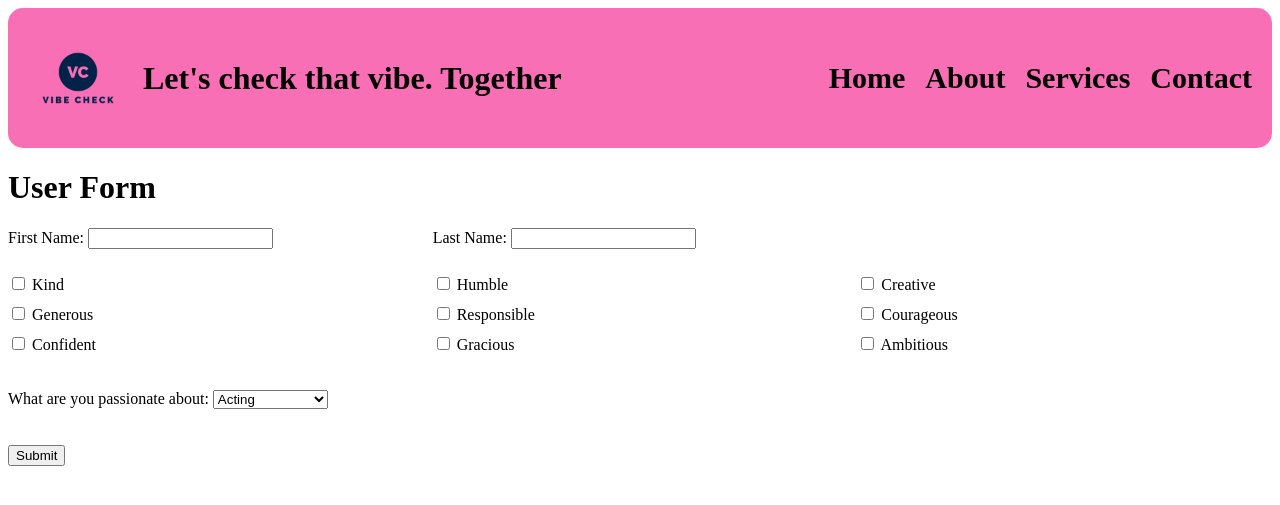
Repository: Chadloswald/Dis-Service
Page: docs/index.html
These files come from the project's save history. The page is drawn as it stood at one moment and after the next save; the edit follows.
The browser window is 1280 px wide. The pictures show the whole page.

Above is the page before, as saved 2023-05-02 10:21:56.

After the next save:
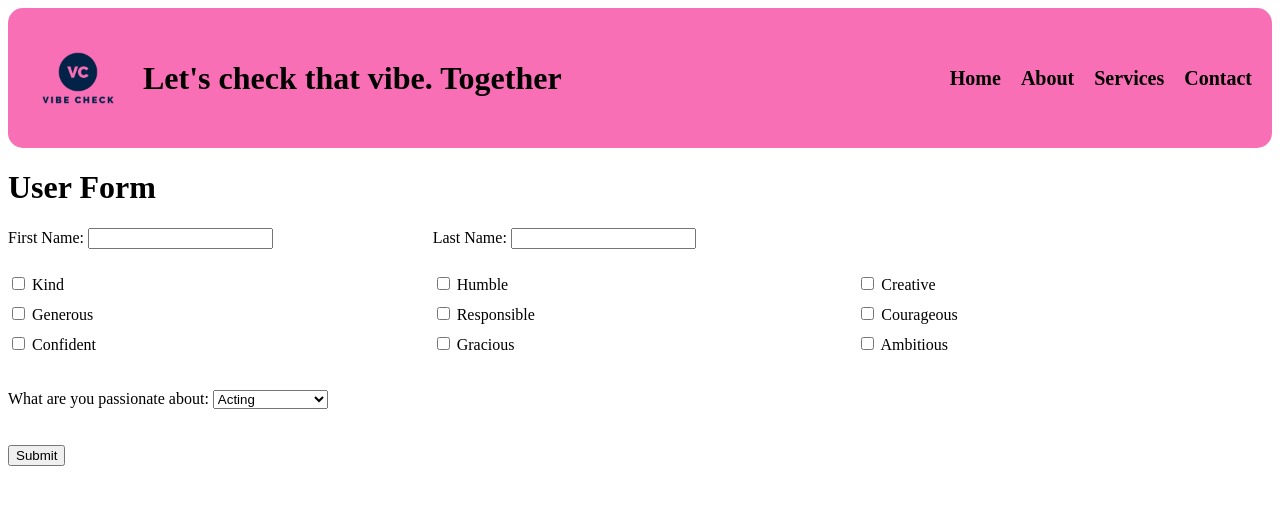
Saved 10 s later.
--- a/docs/styles.css
+++ b/docs/styles.css
@@ -45,5 +45,5 @@ label {
 	color: black;
 	text-decoration: none;
 	font-weight: bold;
-	font-size: 30px;
+	font-size: 20px;
   }
